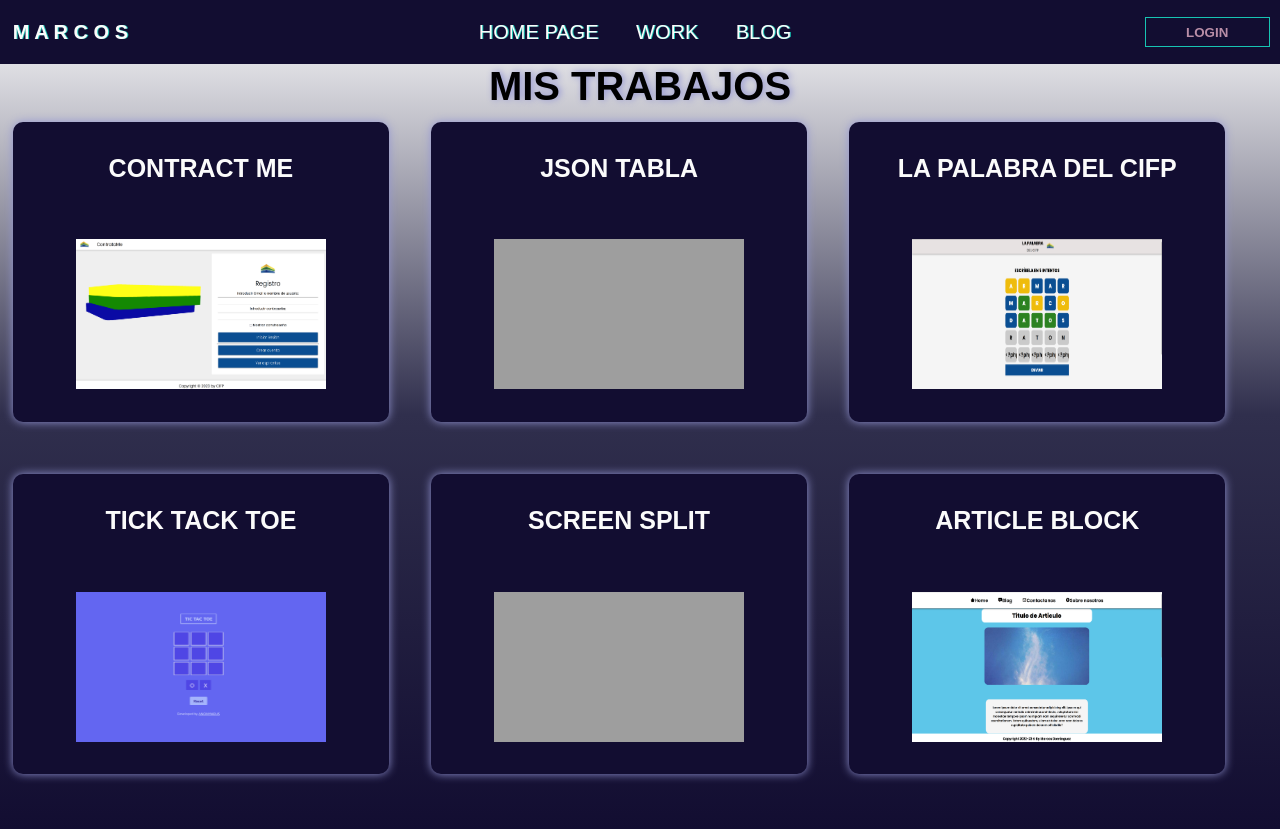
Repository: Sxcram02/Portfolio2
Page: http://localhost/public/src/assets/work.php
The author's editor kept a copy of each file at every save. The page is drawn from the files as they stood at one save, then again after the next save.
The browser window is 1280 px wide. The pictures show the whole page.
Pictures or frames that could not be fetched are drawn as grey boxes. Some web fonts or font styles are not loaded; a fallback is used. The page is run by PHP 8.4 with error messages shown; the project is at /var/www/html/.

Above is the page before, as saved 2023-05-13 22:34:00.

### public/src/assets/work.php
<?php
    include("./../../objects/clases.inc.php");
    session_start();
    $_SESSION['user'] = $sesion;

    if(isset($_POST['LOGIN'])){
        header("Location: ./../login.php");
        exit();
    }
?>
<!DOCTYPE html>
<html lang="en">
<head>
<meta charset="UTF-8">
    <meta http-equiv="X-UA-Compatible" content="IE=edge" />
    <meta name="viewport" content="width=device-width, initial-scale=1.0" />
    <link rel="shortcut icon" href="/media/logo2.png" type="image/x-icon" />
    <link rel="stylesheet" href="/styles/index.css" type="text/css" />
    <link rel="stylesheet" href="https://unpkg.com/boxicons@latest/css/boxicons.min.css">
    <title>My projects</title>
</head>
<body>
<div id="root2">
        <header class="box-nav-bar">
        <a href="/index.php"><h3 class="nav-title">M a r c o s</h3></a>
            <nav class="nav-bar">
                <ul>
                    <a href="/index.php"><li>Home Page</li></a>
                    <a href="./work.php"><li>Work</li></a>
                    <a href="./blog.php"><li>Blog</li></a>
                </ul>
            </nav>
            <form action="#" method="POST">
                <input type="submit" name="LOGIN" id="LOGIN" value="login" />
            </form>
        </header>
        <h1 class="title2" id="title2">MIS TRABAJOS</h1>
        <main class="container2">
            <a href="/public/src/ContractMe.1/contractme.php" target="_blank">
                <section class="work1">
                    <h1 >Contract Me</h1>
                    <img src="/media/proyecto1.png" alt="work1" />
                </section>
            </a>
            <a href="/public/src/jsonTabla/index.php" target="_blank">
                <section class="work2">
                    <h1 >JSON Tabla</h1>
                    <img src="/media/jsonTabla.png" alt="work2" />
                </section>
            </a>
            <a href="/public/src/palabra-dia-cifp/index.html" target="_blank">
                <section class="work3">
                    <h1 >La palabra del CIFP</h1>
                    <img src="/media/palabraCifp.png" alt="work3" />
                </section>
            </a>
            <a href="https://ticktoe.vercel.app/" target="_blank">
                <section class="work4">
                    <h1 >Tick Tack Toe</h1>
                    <img src="/media/tiktacktoe.png" alt="work4" />
                </section>
            </a>
            <a href="/public/src/screen-split/index.html" target="_blank">
                <section class="work5">
                    <h1 >Screen Split</h1>
                    <img src="/media/screenSplit.png" alt="work5" />
                </section>
            </a>
            <a href="/public/src/article-block-page/index.html" target="_blank">
                <section class="work6">
                    <h1 >Article block</h1>
                    <img src="/media/articleBlock.png" alt="work5" />
                </section>
            </a>
        </main>
    </div>
</body>
</html>

### public/objects/clases.inc.php

    <?php
    class SesionUser {
        private string $sesion;
        public function __construct($sesion){
            $this -> sesion = $sesion;
        }
    }

    /**
     * Database
     */
    class Database {
        private string $localhost, $serverUser, $userPass,$database;
        private object $newObjMysql;

        /**
         * __construct
         *
         * @param  mixed $localhost
         * @param  mixed $serverUser
         * @param  mixed $userPass
         * @param  mixed $database
         * @return void
         */
        public function __construct($localhost, $serverUser, $userPass,$database){
            $this -> localhost = $localhost;
            $this -> serverUser = $serverUser;
            $this -> userPass = $userPass;
            $this -> database = $database;
            $newObjMysql = new mysqli("$localhost","$serverUser","$userPass","$database");
            $this -> newObjMysql = $newObjMysql;
        }

        /**
         * getUser
         *
         * @param  mixed $client
         * @param  mixed $pass
         * @return bool
         */
        public function getUser($client,$pass):bool{
            $mySqlConnection = $this -> newObjMysql;
            $userQuery = "SELECT usr.clientName, usr.contrasenia FROM users usr WHERE usr.clientName='$client' AND usr.contrasenia = '$pass';";
            $result = $mySqlConnection -> query($userQuery);
            if($result){
                return true;
            }else {
                return false;
            }
        }

        /**
         * setPost
         *
         * @param  mixed $postDataArray
         * @return void
         */
        public function setPost(array $postDataArray){
            if(empty($postDataArray)){
                $codBlog = rand(1,1000);
                $columnArray = "'".implode("','",$postDataArray)."'";
                $mysqlConnect = $this -> newObjMysql;
                $insertBlog = "INSERT INTO blog (codBlog,titulo,subtitulo,descripcion,user) VALUES ($codBlog,$columnArray)";
                $mysqlConnect -> query($insertBlog);
                (mysqli_affected_rows($mysqlConnect))?true:false;
            }else {
                echo "Introduce los valores adecuados";
            }
        }

        /**
         * getPost
         *
         * @param  mixed $user
         * @return void
         */
        public function getPost()
        {
                $mySqlConnection = $this -> newObjMysql;
                $getQuery = "SELECT blg.imagen as imagen, blg.titulo as titulo, blg.descripcion as descripcion, blg.subtitulo as subtitulo FROM blog blg JOIN users usr ON blg.user = usr.clientName WHERE usr.clientName = 'marcos';";

                $result = $mySqlConnection -> query($getQuery);
                    echo "<article>";
                        foreach($result as $dataPost){
                            echo "<img src='{$dataPost['imagen']}' alt='post1' />";
                            echo $dataPost['titulo'];
                            echo "<h1>{$dataPost['subtitulo']}</h1>";
                            echo "<p>{$dataPost['descripcion']}</p>";
                        }

                    echo "</article>";
        }
}
    $sesion = new SesionUser("user");
?>

### styles/index.css

/* -----------------------------------------------------------*/
/* -----------------------------------------------------------*/
/* AJUSTES GENERALES */
/* 1. HEADER
/* 2. PRIMERA PAGINA
/*  2.1 SECCION 1
/*  2.2 SECCION 2
/*  2.3 SECCION 3
/*  2.4 SECCION 4
/* 3. PAGINA DE MIS TRABAJOS
/* 4. PAGINA DE MI BLOG
/* 5. PAGINA FORMULARIO LOGIN
/* 6. PAGINA CREAR POST
/* -----------------------------------------------------------*/
/* -----------------------------------------------------------*/

* {
    margin: 0;
    padding: 0;
    list-style: none;
    box-sizing: border-box;
    font-family: 'Poppins', sans-serif;
}

a, a:active, a:visited, a:enabled {
    color: var(--blanco);
    text-decoration: none;
}

@font-face {
    font-family: 'Poppins';
    src: url("../fonts/*");
}

:root {
    --violeta-ruso: #120D31;
    --cadet-space: #302F4D;
    --verde-claro-oceano:#17C3B2;
    --indigo-tropical:#9395D3;
    --blanco:#FBFBFB;
}

body {
    display: flex;
    flex-direction: column;
    align-items: center;
    justify-content: space-between;
}

#root {
    width: 100vw;
    height: 100vh;
}


/* -----------------------------------------------------------*/
/* -----------------------------------------------------------*/
/* HEADER */
/* -----------------------------------------------------------*/
/* -----------------------------------------------------------*/

.box-nav-bar {
    width: 100vw;
    height: 4rem;
    padding: 1%;
    background-color: var(--violeta-ruso);
    color: snow;
    display: flex;
    align-items: center;
    justify-content: space-between;
}

.nav-title {
    text-shadow: 1px 0px 0px var(--verde-claro-oceano);
    text-transform: uppercase;
    font-size: 20px;
    font-weight: 700;
    cursor: pointer;
}

.nav-bar ul {
    text-transform: uppercase;
    width: 350px;
    font-size: 20px;
    display: flex;
    align-items: center;
    justify-content: space-around;
}

.nav-bar ul li {
    cursor: pointer;
    text-shadow: 1px 0px 0px var(--verde-claro-oceano);
}

.nav-bar ul li:hover {
    color: var(--verde-claro-oceano);
    text-shadow: 1px 0px 0px var(--indigo-tropical);
    transition: all 0.5s;
}

#LOGIN {
    width: 125px;
    height: 30px;
    margin: 2%;
    color: #B98EA7;
    background: none;
    border: 1px solid var(--verde-claro-oceano);
    text-transform: uppercase;
    font-weight: 800;
    cursor: pointer;
}

#LOGIN:hover {
    background-color: var(--verde-claro-oceano);
    color: var(--blanco);
    transition: all 0.3s;
}

/* -----------------------------------------------------------*/
/* -----------------------------------------------------------*/
/* PRIMERA PÁGINA */
/* -----------------------------------------------------------*/
/* -----------------------------------------------------------*/

.container {
    width: 100%;
    display: grid;
    grid-template-columns: repeat(3,1fr);
    grid-template-rows: repeat(2,1fr);
}

.container section {
    width: 100%;
    height: 100%;
}

/* -----------------------------------------------------------*/
/* -----------------------------------------------------------*/
/* SECCION 1 */
/* -----------------------------------------------------------*/
/* -----------------------------------------------------------*/

#home_page {
    height: 40vh;
    grid-column: 1/3;
    grid-row: 1/2;
    padding: 1%;
    display: flex;
    flex-direction: column;
    align-items: center;
}

.box-name {
    width: 70%;
    margin: 1%;
    text-align: center;
    display: flex;
    align-items: center;
}

.title {
    padding: 1%;
    font-size: 40px;
    font-weight: 800;
    text-shadow: 3px 0px 0px var(--cadet-space);
}

#box-ui-ux {
    width: 75px;
    height: 35px;
    padding: 1%;
    text-align: center;
    font-size: 15px;
    font-weight: 800;
    color: snow;
    background: linear-gradient(180deg, var(--indigo-tropical),var(--verde-claro-oceano));
    border-radius: 20px;
}

.box-presentation {
    display: flex;
    align-items: center;
}

.box-presentation p {
    width: 50%;
    padding: 2%;
    font-size: 13pt;
    font-weight: 600;
}

.box-inputs {
    width: 50%;
    display: flex;
    align-items: center;
    justify-content: space-around;
}

.box-inputs button {
    width: 150px;
    height: 50px;
    padding: 2%;
    border: 1px solid black;
    background: none;
    font-size: 15pt;
    font-weight: 800;
    text-transform: uppercase;
    cursor: pointer;
}

.box-inputs button:hover {
    background-color: var(--verde-claro-oceano);
    box-shadow: 0px 0px 7px var(--indigo-tropical);
    transition: all 0.3s;
}


/* -----------------------------------------------------------*/
/* -----------------------------------------------------------*/
/* SECCION 2 */
/* -----------------------------------------------------------*/
/* -----------------------------------------------------------*/

#box-services {
    grid-column: 1/3;
    grid-row: 2/3;
    width: 100%;
}

#services {
    padding: 1%;
    color: snow;
    display: flex;
}

#services img {
    width: 125px;
    height: 125px;
    padding: 2%;
}

#services article {
    width: 50%;
    height: 100%;
    margin-right: 2%;
    padding: 2%;
    background-color: var(--violeta-ruso);
    border-radius: 10px;
    display: flex;
    flex-direction: column;
    align-items: center;
    text-align: center;
    cursor: pointer;
}

#services article:hover {
    background-color: var(--cadet-space);
    box-shadow: 0px 0px 5px var(--verde-claro-oceano);
    animation: goUp 1.5s both;
    transition: all 0.4s;
}

@keyframes goUp {
    to {
        translate: 0 -20%;
    }
}

#services article h3 {
    color: var(--verde-claro-oceano);
    text-shadow: 1px 0px 0px var(--blanco);
    padding: 1%;
}

#services article:hover h3 {
    color: var(--indigo-tropical);
}

#services article p {
    padding: 1%;
    font-size: 17px;
    text-align: start;
}

#robot3D {
    width: 300px;
    height: 175px;
}


/* -----------------------------------------------------------*/
/* -----------------------------------------------------------*/
/* SECCION 3 */
/* -----------------------------------------------------------*/
/* -----------------------------------------------------------*/

#box-aboutMe {
    display:none;
    grid-column: 1/3;
    grid-row: 2/4;
}

#aboutMe {
    height: 100%;
    display: flex;
    flex-direction: column;
    align-items: center;
    justify-content: space-between;
}

#aboutMe h1 {
    width: 100%;
    text-align: center;
    text-transform: uppercase;
    font-weight: 800;
}

#aboutMe hr {
    width: 90%;
    height: 15px;
    color: var(--violeta-ruso);
    background-color: var(--violeta-ruso);
    box-shadow: 0px 0px 5px var(--verde-claro-oceano);
}

.box-signatures {
    width: 90%;
    display: grid;
    grid-template-columns: repeat(5,1fr);
    grid-template-rows: repeat(3,1.4fr);
    text-align: center;
    row-gap: 5px;
}

.box-signatures i {
    font-size: 40px;
}

.box-signatures div {
    display: flex;
    flex-direction: column;
    align-items: center;
}

.box-signatures div img {
    width: 50px;
    height: 50px;
}

/*--------------------------------------------------------*/
/*--------------------------------------------------------*/
/* GRID COMPONENTS */
/*--------------------------------------------------------*/
/*--------------------------------------------------------*/

.signature1 {
    grid-column: 1/2;
    grid-row: 1/3;
}

.signature2 {
    grid-column: 2/3;
    grid-row: 1/3;
}

.signature3 {
    grid-column: 3/4;
    grid-row: 1/3;
}

.signature4 {
    grid-column: 4/5;
    grid-row: 1/3;
}

.signature5 {
    grid-column: 5/6;
    grid-row: 1/3;
}



/* -----------------------------------------------------------*/
/* -----------------------------------------------------------*/
/* SECCION 4 */
/* -----------------------------------------------------------*/
/* -----------------------------------------------------------*/

#my_photo {
    grid-column: 3/4;
    grid-row: 1/3;
    background-image: url("../media/guerrero-en-47-ronin_2048x1536_xtrafondos.com.jpg");
    background-position: center;
    background-size: cover;
    object-fit: cover;
}


/* -----------------------------------------------------------*/
/* -----------------------------------------------------------*/
/* PAGINA DE MIS TRABAJOS */
/* -----------------------------------------------------------*/
/* -----------------------------------------------------------*/

#root2 {
    width: 100vw;
    /* height: 100vh; */
    background: linear-gradient(180deg,transparent,var(--cadet-space),var(--violeta-ruso));
    display: flex;
    flex-direction: column;
    align-items: center;
    justify-content: center;
}

.title2 {
    width: 100vw;
    font-size: 40px;
    color:black;
    text-shadow: 2px 0px 7px var(--indigo-tropical);
    text-align: center;
}

.container2 {
    width: 100%;
    height: 100vh;
    padding: 1%;
    display: grid;
    grid-template-columns: repeat(3,1.4fr);
    grid-template-rows: repeat(2,1fr);
    row-gap: 10px;
}

.container2 section {
    width: 90%;
    height: 300px;
    padding: 1%;
    display: flex;
    flex-direction: column;
    align-items: center;
    justify-content: space-around;
    background-color: var(--violeta-ruso);
    border-radius: 10px;
    box-shadow: 0px 0px 10px var(--indigo-tropical);
    cursor: pointer;
}

.container2 h1 {
    text-transform: uppercase;
    font-size: 25px;
    font-weight: 900;
}


.container2 img {
    width: 250px;
    height: 150px;
}

/*--------------------------------------------------------*/
/*--------------------------------------------------------*/
/* GRID COMPONENTS */
/*--------------------------------------------------------*/
/*--------------------------------------------------------*/

@keyframes updateScale {
    to {
        scale: 0.9;
    }
}

.work1 {
    grid-column: 1/2;
    grid-row: 1/2;
}

.work1:hover {
    box-shadow: 0px 0px 5px var(--verde-claro-oceano);
    background-color: rgba(255, 166, 0, 0.882);
    animation: updateScale 0.6s both;
    transition: all 0.4s;
}

.work2 {
    grid-column: 2/3;
    grid-row: 1/2;
}

.work2:hover {
    box-shadow: 0px 0px 5px var(--violeta-ruso);
    background-color: rgba(0, 170, 255, 0.858);
    animation: updateScale 0.6s both;
    transition: all 0.4s;
}

.work3 {
    grid-column: 1/2;
    grid-row: 2/3;
}

.work3:hover {
    box-shadow: 0px 0px 5px var(--violeta-ruso);
    background-color: rgba(25, 172, 37, 0.806);
    animation: updateScale 0.6s both;
    transition: all 0.4s;
}

.work4 {
    grid-column: 2/3;
    grid-row: 2/3;
}

.work4:hover {
    box-shadow: 0px 0px 5px var(--verde-claro-oceano);
    background-color: rgba(170, 0, 255, 0.85);
    animation: updateScale 0.6s both;
    transition: all 0.4s;
}

.work5 {
    grid-column: 3/4;
    grid-row: 1/2;
}

.work5:hover {
    box-shadow: 0px 0px 5px var(--violeta-ruso);
    background-color: rgba(255, 0, 51, 0.85);
    animation: updateScale 0.6s both;
    transition: all 0.4s;
}

.work6 {
    grid-column: 3/4;
    grid-row: 2/3;
}

.work6:hover {
    box-shadow: 0px 0px 5px var(--verde-claro-oceano);
    background-color: rgba(0, 204, 255, 0.85);
    animation: updateScale 0.6s both;
    transition: all 0.4s;
}

/* -----------------------------------------------------------*/
/* -----------------------------------------------------------*/
/* PAGINA DEL BLOG */
/* -----------------------------------------------------------*/
/* -----------------------------------------------------------*/

#root3 {
    width: 100vw;
    background-image: url("./../media/version_5.gif");
    background-size:  cover;
    background-position: center;
    background-repeat: repeat-y;
    object-fit: cover;
}


.container3 {
    width: 100%;
    background: linear-gradient(360deg,transparent,#302f4d7f,#120d31);
    display: flex;
    flex-direction: column;
    align-items: center;
    justify-content: space-between;
}

.container3 h1 {
    color: var(--blanco);
    padding: 4%;
    font-size: 35px;
    font-weight: bold;
}

.container3 section {
    width: 100%;
    height: 100%;
    padding: 1%;
    display: flex;
    flex-direction: column;
    align-items: center;
    justify-content: space-around;
    overflow-x: scroll;
}

.container3 section article {
    width: 40%;
    height: 300px;
    margin: 1%;
    border-radius: 20px;
    padding: 1%;
    display: flex;
    flex-direction: column;
    align-items: center;
    justify-content: space-between;
    text-align: center;
    background-color: var(--cadet-space);
}

.container3 section article h1 {
    font-size: 20px;
    text-transform: uppercase;
    font-weight: 700;
}

.container3 section article img {
    width: 200px;
    height: 150px;
}



/* -----------------------------------------------------------*/
/* -----------------------------------------------------------*/
/* PAGINA FORMULARIO LOGIN */
/* -----------------------------------------------------------*/
/* -----------------------------------------------------------*/

.page2-root {
    width: 100vw;
    height: 100vh;
    background-image: url("./../media/fondo1.gif");
    background-position: center;
    background-size: cover;
    overflow: hidden;
}

.page2-container {
    width: 100%;
    height: 100%;
    background: linear-gradient(180deg,transparent,#302f4d7f,#120d31c2);
    display: flex;
    flex-direction: column;
    align-items: center;
}

.page2-title {
    padding: 1%;
    font-size: 50px;
    font-weight: bold;
    text-transform: uppercase;
    color: var(--cadet-space);
    text-shadow: 2px 0px 0px var(--verde-claro-oceano);
}

.page2-container form {
    margin-top: 10%;
}

.page2-target {
    width: 500px;
    height:250px;
    padding: 2%;
    background: var(--cadet-space);
    box-shadow: 0px 0px 5px var(--verde-claro-oceano);
    border-radius: 10px;
    display: flex;
    flex-direction: column;
    align-items: center;
    justify-content: space-around;
    color: var(--blanco);
    font-size: 20px;
    font-weight: 800;
    text-transform: uppercase;
}

.page2-target input {
    width: 80%;
    height: 35px;
    text-align: center;
    font-size: 12pt;
}

/*--------------------------------------------------*/
/*--------------------------------------------------*/
/* PAGINA CREAR POST*/
/*--------------------------------------------------*/
/*--------------------------------------------------*/

#page3-root {
    width: 100vw;
    height: 100vh;
    background-image: url("./../media/fondo1.gif");
    background-size: cover;
    background-position: center;
}

#page3-root form {
    background: linear-gradient(360deg,transparent,#302f4d7f,#120d31);
}

#page3-container {
    width: 100%;
    display: flex;
    flex-direction: column;
    align-items: center;
    padding: 5%;
}

#page3-container section {
    width: 50%;
    height: 50vh;
    display: flex;
    flex-direction: column;
    align-items: center;
    opacity: 80%;
    background-color: var(--cadet-space);
    box-shadow: 0px 0px 7px var(--indigo-tropical);
}

#page3-container section label {
    height: 50px;
    font-size: 20px;
    color: var(--blanco);
    text-transform: uppercase;
    font-weight: 900;
}

#page3-container input[type="text"] {
    width: 500px;
    height: 50px;
    font-size: 25px;
    font-weight: 900;
    text-align: center;
    text-transform: uppercase;
    border-radius: 30px;
    border: 1px solid var(--violeta-ruso);
}

After the next save:
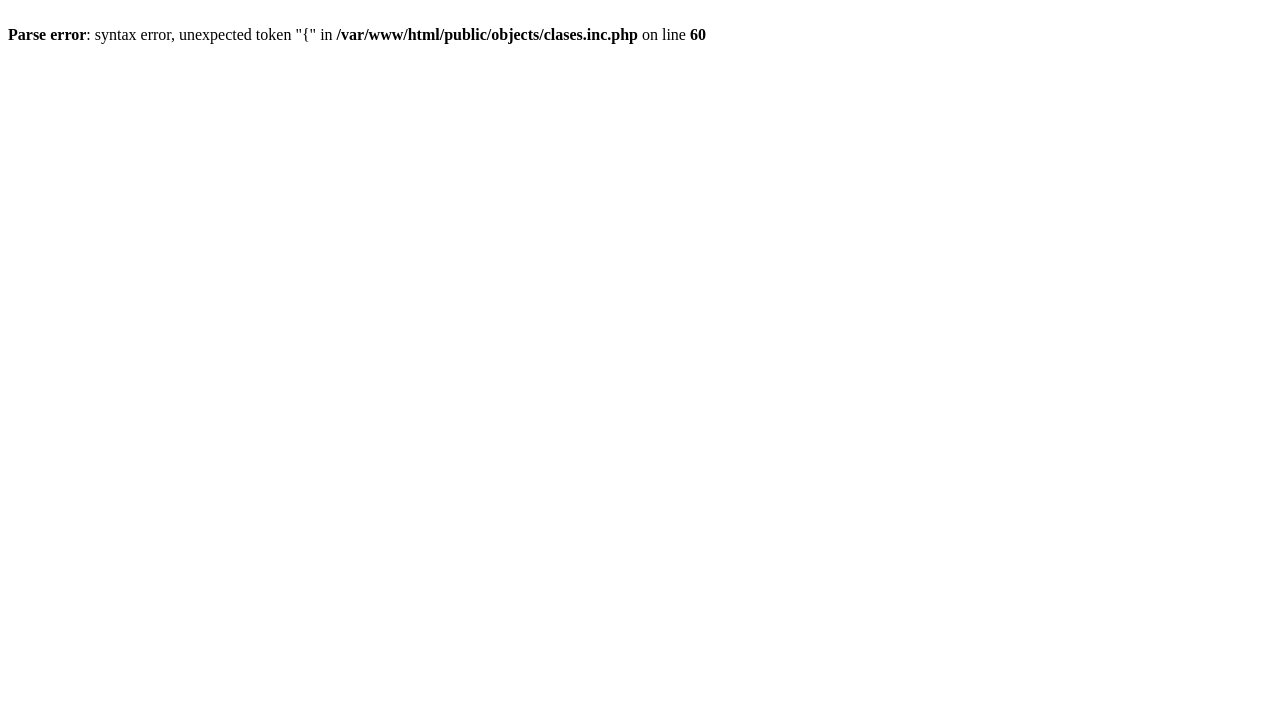
Saved 4 s later.
--- a/public/objects/clases.inc.php
+++ b/public/objects/clases.inc.php
@@ -57,7 +57,7 @@
          * @return void
          */
         public function setPost(array $postDataArray){
-            if(empty($postDataArray)){
+            if(empty($postDataArray){
                 $codBlog = rand(1,1000);
                 $columnArray = "'".implode("','",$postDataArray)."'";
                 $mysqlConnect = $this -> newObjMysql;
